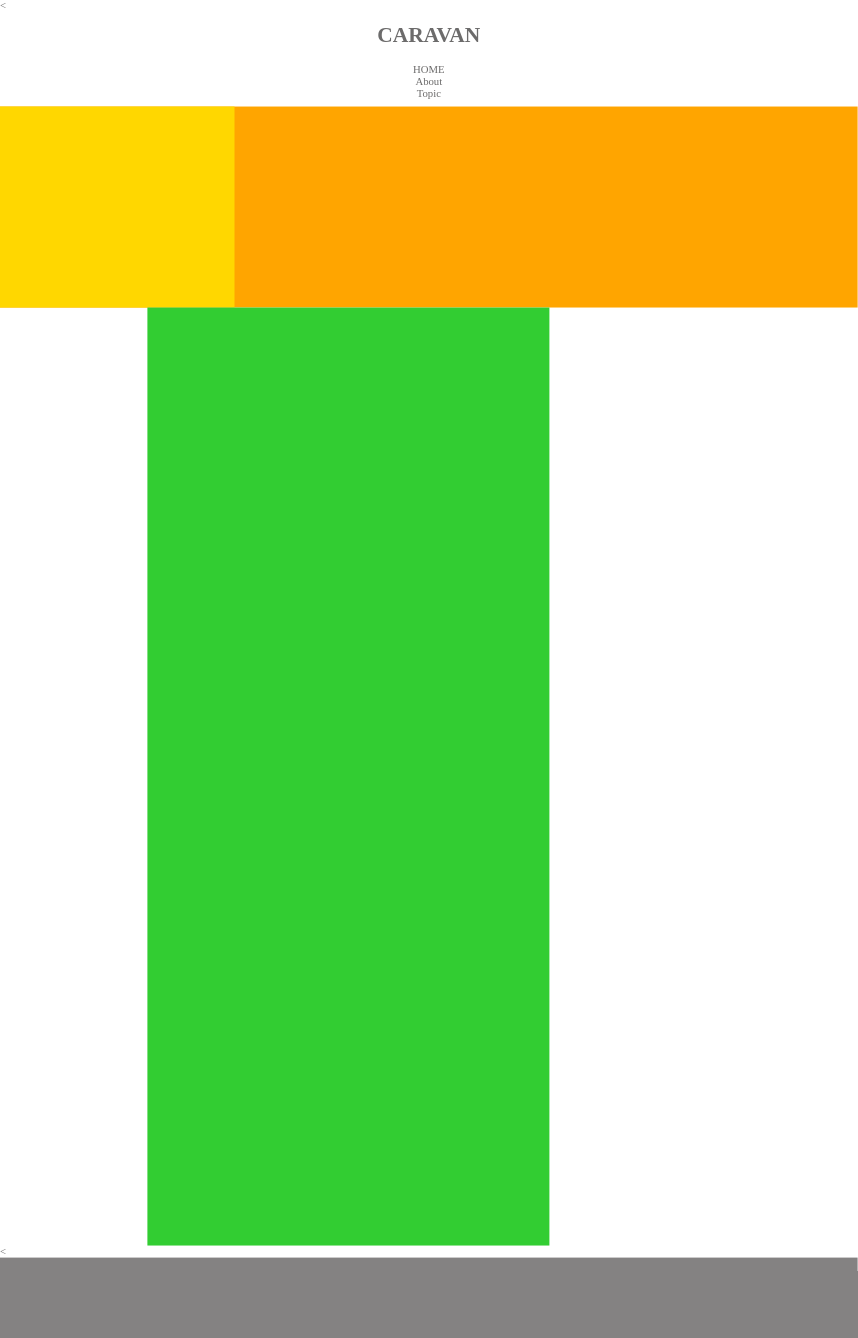
Repository: YabuYoshi/Bookers1
Page: carvan/index.html
The author's editor kept a record of every edit. The page is drawn from the files as they stood at one moment, then again after the next edit.
The browser window is 1280 px wide. The pictures show the whole page, at 67% of full size.

Above is the page before.

### carvan/index.html
<!DOCTYPE html>
<html lang="ja">
  <head>
    <meta charset="UTF-8" />
    <!-- CSSファイルの読み込み -->
    <link rel="stylesheet" href="style.css" />
    <title>CARAVAN</title>
  </head>

  <body>
    <<header>
      <h1 class="heading">
        <a href="index.html">
          CARAVAN
        </a>
      </h1>
    </header>

    <nab>
      <ul class="nav-list">
        <li class="nav-list-item">
          <a href="index.html">HOME</a>
        </li>
        <li class="nav-list-item">About</li>
        <li class="nav-list-item">Topic</li>
      </ul>
    </nab>

    <div class="main-visual">
      <div class="main-visual-content"></div>
    </div>
    <div class="main">
      <div class="blog"></div>
      <div class="sidebar"></div>
    </div>
    <<footer>

    </footer>

  </body>
</html>

### carvan/style.css
* {
  margin: 0;
  padding: 0;
  box-sizing: border-box;
  color: #6c6b6b;
}

a {
  text-decoration: none;
}

header {
  width: 90%;
  padding: 15px 0;
  margin: 0 auto;
  text-align: center;
}

header .heading {
  font-size: 32px;
}

.nav-list {
  text-align: center;
  padding: 10px 0;
  margin: 0 auto;
}

.navi-list-item {
  list-style: none;
  display: inline-block;
  margin: 0 20px;
}

.main-visual {
  width: 100%;
  height: 300px;
  background-color: orange;
}

.main-visual-content {
  width: 350px;
  height: 300px;
  background-color: gold
}

.main {
  width: 840px;
  display: flex;
  justify-content: center;
  margin: 0 auto;
}

.blog {
  width: 600px; /* 横幅600px */
  height: 1400px; /* 高さ1400px */
  background-color: limegreen; /* 背景色limegreen */
}

.sidebar {
  width: 240px; /* 横幅240px */
  height: 1400px; /* 高さ1400px */
}

footer{
  width: 100%;
  height: 120px;
  text-align: center;
  line-height: 120px;
  background-color: #848282;
}

.footer-text {
  color: #fff;
}

After the next edit:
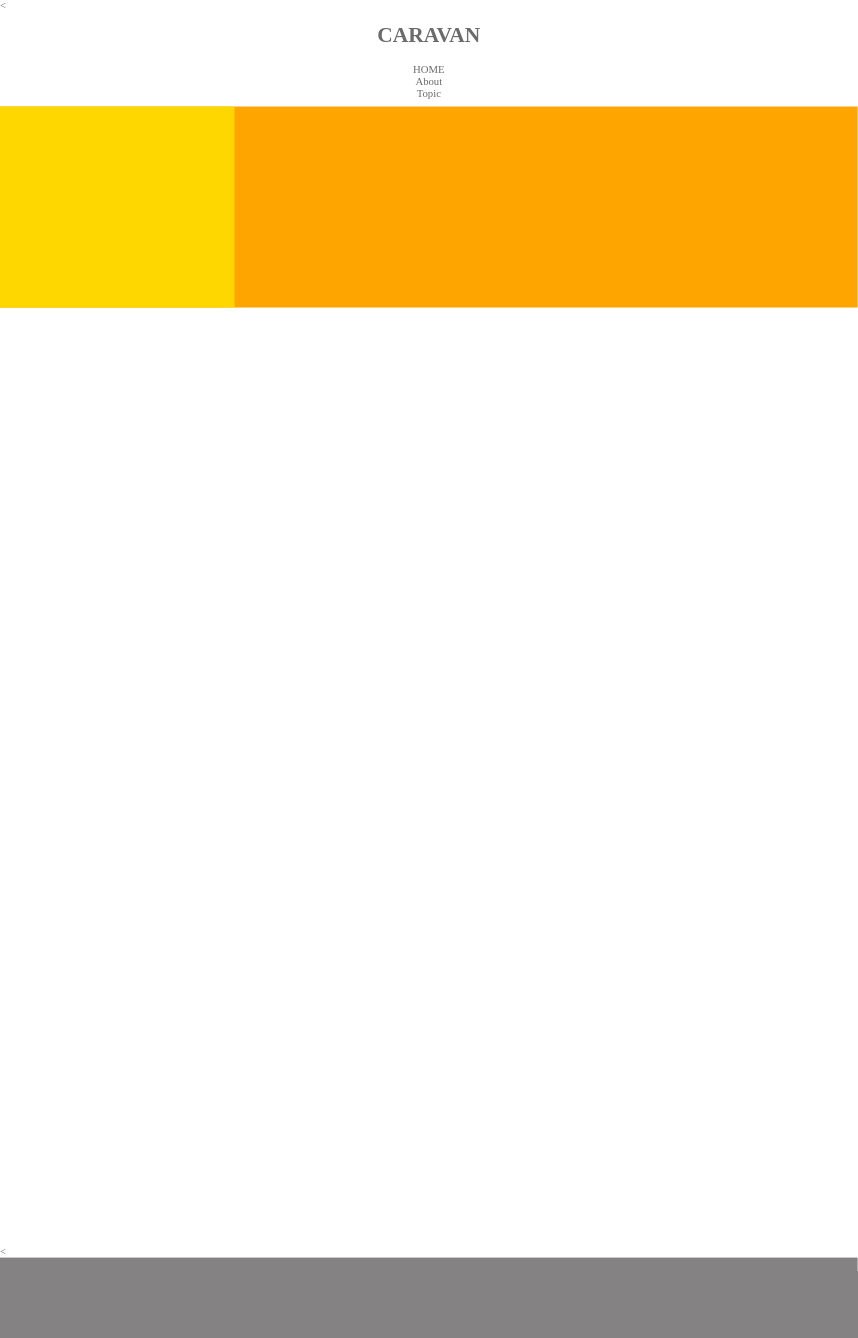
The edit:
--- a/carvan/style.css
+++ b/carvan/style.css
@@ -54,7 +54,6 @@
 .blog {
   width: 600px; /* 横幅600px */
   height: 1400px; /* 高さ1400px */
-  background-color: limegreen; /* 背景色limegreen */
 }
 
 .sidebar {
